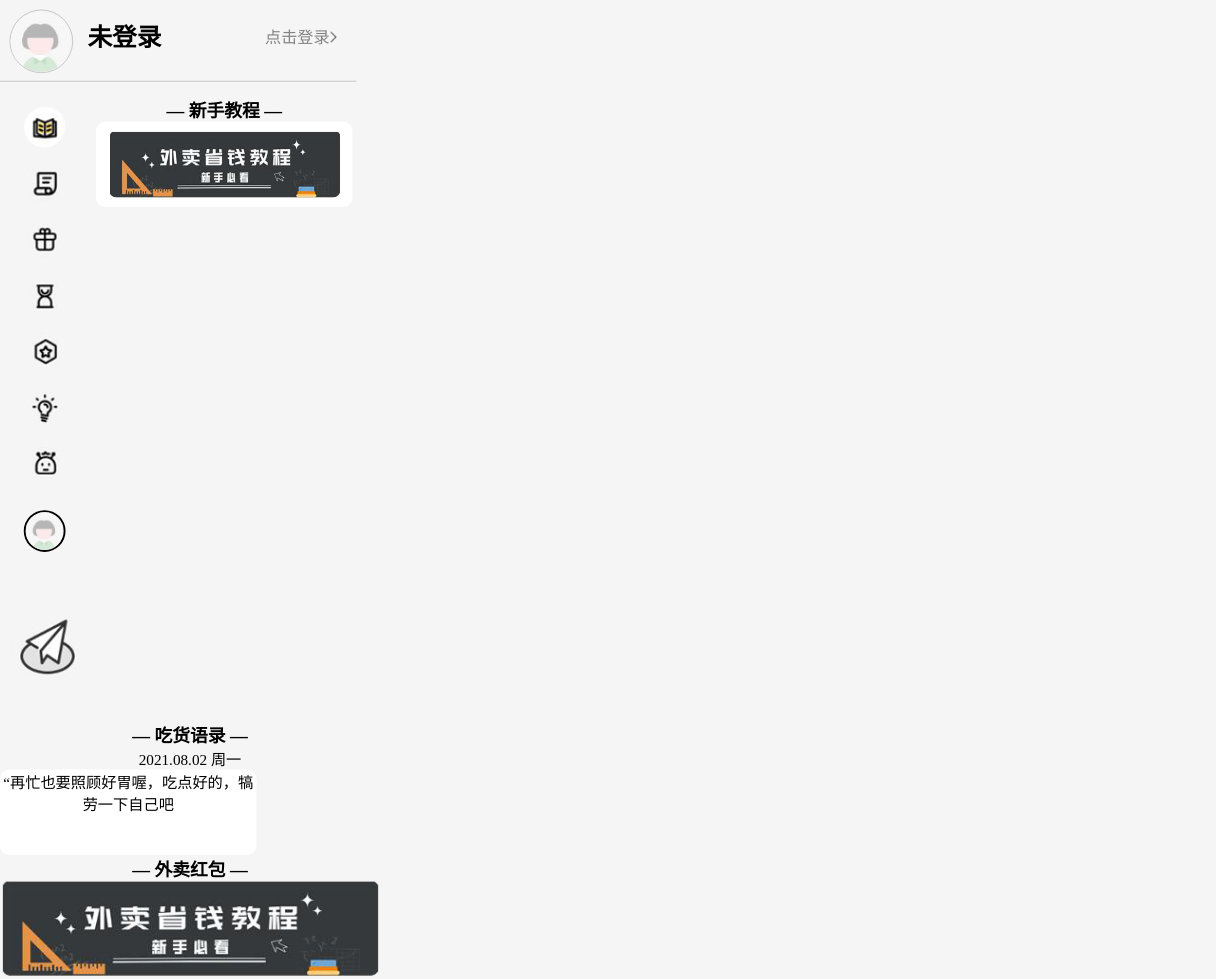
Repository: Privatexiao/projects
Page: Takeout assistant/index.html
These files come from the project's save history. The page is drawn as it stood at one moment and after a run of saves; the edit follows.
The browser window is 1280 px wide. The pictures show the whole page, at 95% of full size.

Above is the page before, as saved 2021-08-02 17:05:42.

After the next 4 saves:
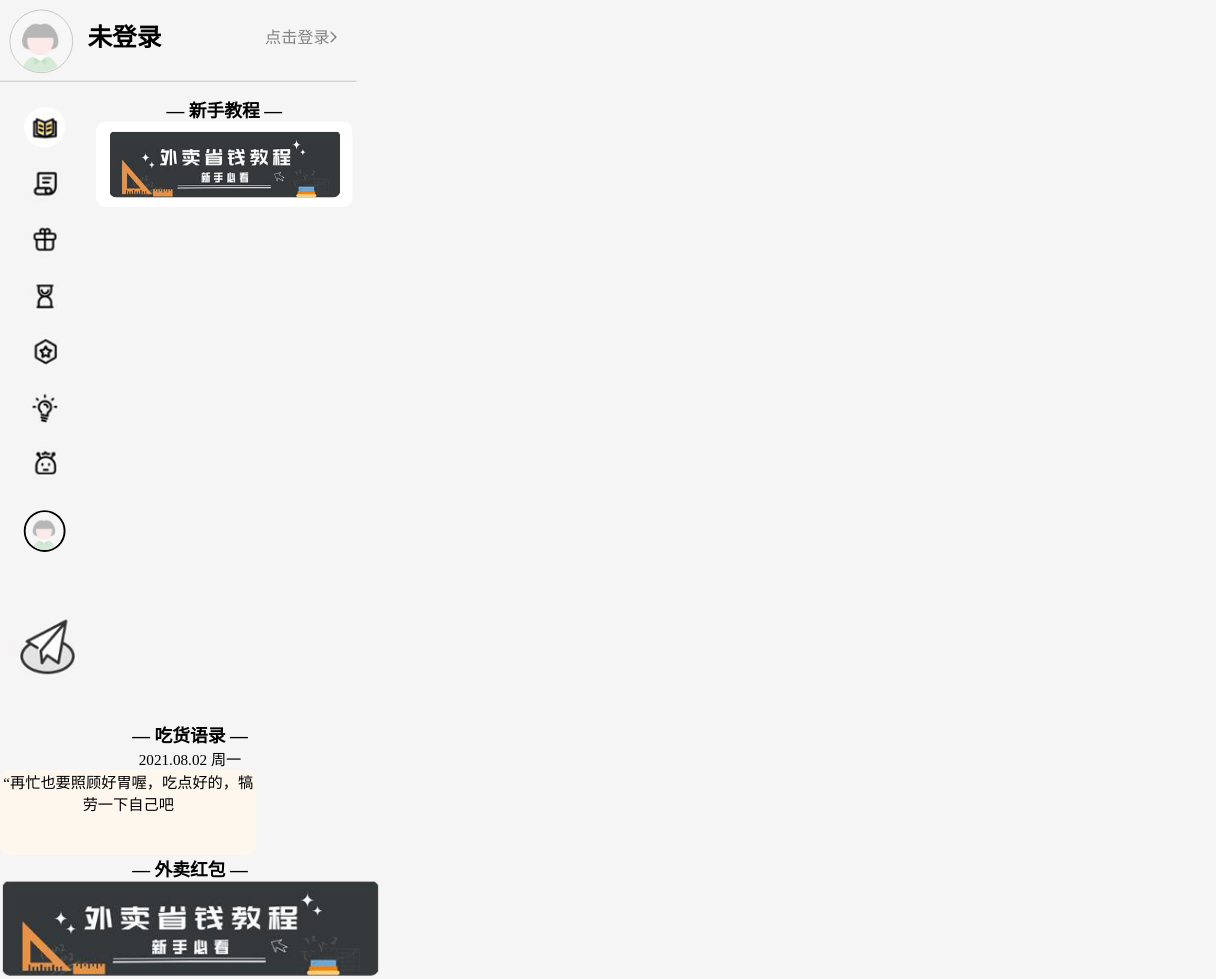
The 4 saves are shown as one change because they came seconds apart.
The last was saved 21 s later.
--- a/Takeout assistant/css/index.css
+++ b/Takeout assistant/css/index.css
@@ -119,7 +119,7 @@ ul,ol{
     border-radius: 10px;
 }
 .VersionQuotation .chyl_nr{
-    background-color: white;
+    background-color: rgb(253,247,237);
     width: 270px;
     height: 90px;
     text-align: center;
